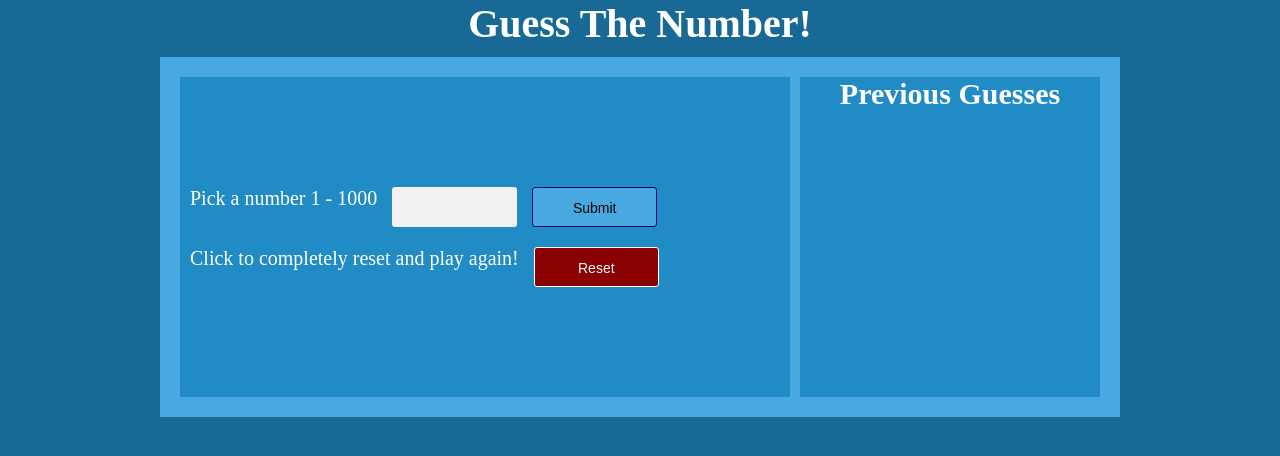
Repository: mlmEFSC21/P14-Guessing-Game
Page: guess.html
The author's editor kept a copy of each file at every save. The page is drawn from the files as they stood at one save, then again after the next save.
The browser window is 1280 px wide. The pictures show the whole page.

Above is the page before, as saved 2022-03-19 14:42:52.

After the next save:
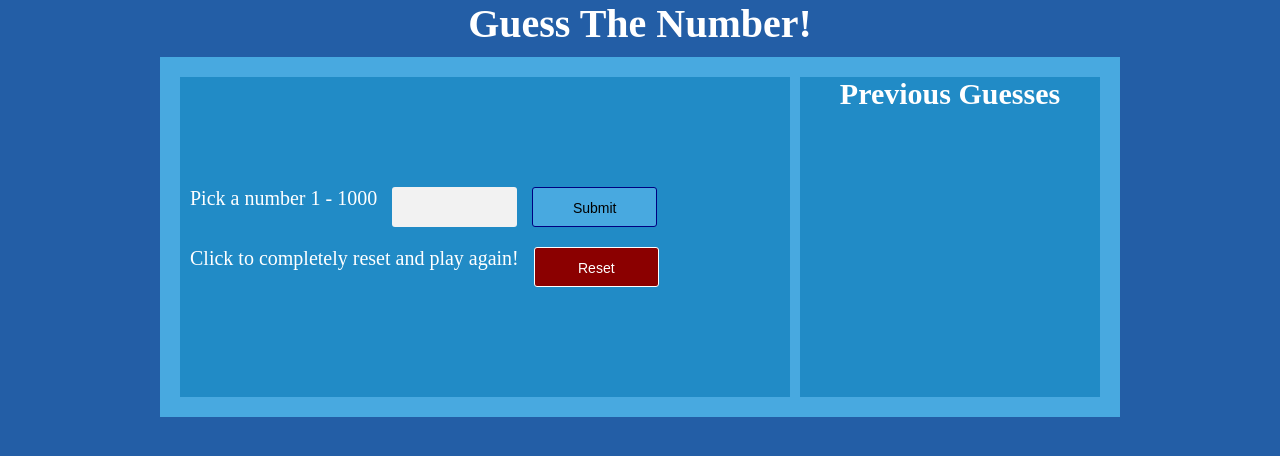
Saved 94 s later.
--- a/guess.css
+++ b/guess.css
@@ -1,7 +1,7 @@
 :root {
     --clr-primary: #218bc6;
     --clr-secondary: #48a9e0;
-    --clr-tertiary: #196996;
+    --clr-tertiary: #235ea6;
 }
 
 *,
